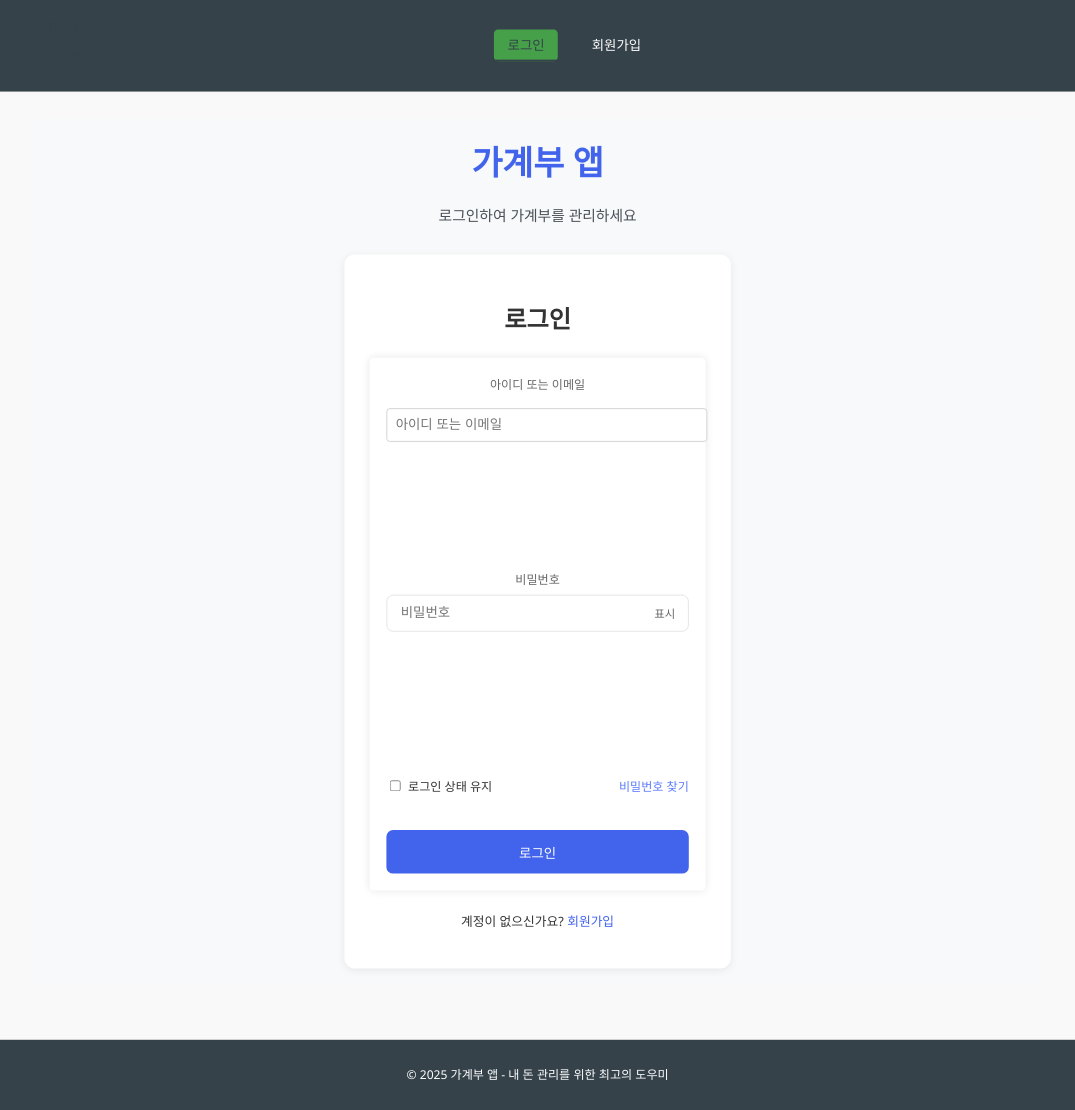
Repository: dldnwls07/Register_Login_Form
Page: /
The author's editor kept a copy of each file at every save. The page is drawn from the files as they stood at one save, then again after the next save.
The browser window is 1280 px wide. The pictures show the whole page, at 84% of full size.
The project was rebuilt for these pictures with package versions that can differ from the ones it lists, and the page was loaded fresh each time. Also part of the build but not shown: src/components/Summary.jsx, src/styles/pages/MainPage.css, src/pages/MainPage.jsx, src/utils/categoryData.js, src/components/CategorySelector.jsx, src/components/EntryForm.jsx, src/components/EntryTable.jsx, src/components/SearchBar.jsx and 14 more.

Above is the page before, as saved 2025-05-23 14:07:21.

### public/index.html
<!DOCTYPE html>
<html lang="en">
<head>
    <meta charset="UTF-8">
    <meta name="viewport" content="width=device-width, initial-scale=1.0">
    <title>My Money App</title>
</head>
<body>
    <div id="root"></div>
</body>
</html>

### src/styles/App.css
/* Added CSS variables for theme */
:root {
  --background-light: #f9f9f9;
  --background-dark: #121212;
  --text-light: #333;
  --text-dark: #eee;
  --primary-color: #35424a;
  --accent-color: #45a049;
  --border-radius: 5px;
  --box-shadow: 0 0 10px rgba(0, 0, 0, 0.1);
}

body {
  font-family: 'Segoe UI', Tahoma, Geneva, Verdana, sans-serif;
  background-color: var(--background-light);
  color: var(--text-light);
  margin: 0;
  padding: 0;
}

.dark body {
  background-color: var(--background-dark);
  color: var(--text-dark);
}

.container {
    width: 80%;
    margin: auto;
    overflow: hidden;
}

header {
    background: #35424a;
    color: #ffffff;
    padding: 10px 0;
    text-align: center;
}

h1 {
    margin: 0;
}

form {
    background: #ffffff;
    padding: 20px;
    border-radius: 5px;
    box-shadow: 0 0 10px rgba(0, 0, 0, 0.1);
}

input[type="text"],
input[type="number"] {
    width: 100%;
    padding: 10px;
    margin: 10px 0;
    border: 1px solid #ccc;
    border-radius: 4px;
}

button {
    background: #35424a;
    color: #ffffff;
    border: none;
    padding: 10px 15px;
    border-radius: 5px;
    cursor: pointer;
}

button:hover {
    background: #45a049;
}

.table {
    width: 100%;
    margin-top: 20px;
    border-collapse: collapse;
}

.table th,
.table td {
    border: 1px solid #ddd;
    padding: 8px;
}

.table th {
    background-color: #35424a;
    color: white;
}

.summary {
    background: #ffffff;
    padding: 20px;
    border-radius: 5px;
    box-shadow: 0 0 10px rgba(0, 0, 0, 0.1);
    margin-top: 20px;
}

.pie-chart {
    margin-top: 20px;
}

/* Added media query for responsiveness */
@media (max-width: 768px) {
  .entry-form {
    flex-direction: column;
  }
}

/* 앱 레이아웃 스타일 */
.App {
  display: flex;
  flex-direction: column;
  min-height: 100vh;
}

.App-header {
  background-color: var(--primary-color);
  color: white;
  padding: 1rem 0;
  text-align: center;
}

.App-content {
  flex: 1;
  padding: 2rem;
  max-width: 1200px;
  margin: 0 auto;
  width: 100%;
}

.App-footer {
  background-color: var(--primary-color);
  color: white;
  text-align: center;
  padding: 1rem 0;
  margin-top: 2rem;
}

/* 네비게이션 스타일 */
.main-navigation {
  background-color: var(--primary-color);
  padding: 0.5rem 0;
}

.nav-links {
  display: flex;
  justify-content: center;
  gap: 1.5rem;
  padding: 0;
  margin: 0;
}

.nav-links a {
  color: white;
  text-decoration: none;
  padding: 0.5rem 1rem;
  border-radius: var(--border-radius);
  transition: background-color 0.3s;
}

.nav-links a:hover, .nav-links a.active {
  background-color: var(--accent-color);
}

/* 카드 스타일 */
.navigation-links {
  display: grid;
  grid-template-columns: repeat(auto-fit, minmax(300px, 1fr));
  gap: 2rem;
  margin-top: 2rem;
}

.nav-card {
  background-color: white;
  padding: 1.5rem;
  border-radius: var(--border-radius);
  box-shadow: var(--box-shadow);
  transition: transform 0.3s, box-shadow 0.3s;
}

.nav-card:hover {
  transform: translateY(-5px);
  box-shadow: 0 10px 20px rgba(0, 0, 0, 0.15);
}

.nav-link {
  text-decoration: none;
  color: var(--text-light);
}

/* 페이지 스타일 */
.main-page, .spending-page, .goal-page, .analysis-page {
  padding: 1rem 0;
}

.back-link {
  margin-bottom: 2rem;
}

.back-link a {
  color: var(--primary-color);
  text-decoration: none;
  display: flex;
  align-items: center;
  gap: 0.5rem;
}

.back-link a:hover {
  text-decoration: underline;
}

/* 콘텐츠 레이아웃 */
.spending-content, .goal-content, .analysis-content {
  display: grid;
  grid-template-columns: 1fr;
  gap: 2rem;
}

@media (min-width: 768px) {
  .spending-content, .goal-content, .analysis-content {
    grid-template-columns: repeat(2, 1fr);
  }
}

### src/pages/auth/LoginPage.jsx
import React from 'react';
import { useNavigate } from 'react-router-dom';
import LoginForm from '../../components/LoginForm';
import { useAuth } from '../../hooks/useAuth';
import '../../styles/pages/AuthPage.css';

const LoginPage = () => {
  const navigate = useNavigate();
  const { login } = useAuth();

  const handleLoginSuccess = (user) => {
    navigate('/');
  };

  return (
    <div className="auth-page">
      <div className="auth-container">
        <h1>가계부 앱</h1>
        <p className="auth-description">로그인하여 가계부를 관리하세요</p>
        <LoginForm onLoginSuccess={handleLoginSuccess} />
      </div>
    </div>
  );
};

export default LoginPage;

### src/components/Navigation.jsx
import React from 'react';
import { Link, useLocation } from 'react-router-dom';
import { useAuth } from '../hooks/useAuth';

const Navigation = () => {
  const location = useLocation();
  const { user } = useAuth();

  return (
    <nav className="main-navigation">
      <ul className="nav-links">
        {user ? (
          // 로그인된 사용자용 메뉴
          <>
            <li>
              <Link to="/" className={location.pathname === '/' ? 'active' : ''}>
                대시보드
              </Link>
            </li>
            <li>
              <Link to="/spending" className={location.pathname === '/spending' ? 'active' : ''}>
                지출 관리
              </Link>
            </li>
            <li>
              <Link to="/goal" className={location.pathname === '/goal' ? 'active' : ''}>
                목표 설정
              </Link>
            </li>
            <li>
              <Link to="/analysis" className={location.pathname === '/analysis' ? 'active' : ''}>
                지출 분석
              </Link>
            </li>
            <li>
              <Link to="/profile" className={location.pathname === '/profile' ? 'active' : ''}>
                프로필
              </Link>
            </li>
          </>
        ) : (
          // 로그인되지 않은 사용자용 메뉴
          <>
            <li>
              <Link to="/login" className={location.pathname === '/login' ? 'active' : ''}>
                로그인
              </Link>
            </li>
            <li>
              <Link to="/register" className={location.pathname === '/register' ? 'active' : ''}>
                회원가입
              </Link>
            </li>
          </>
        )}
      </ul>
    </nav>
  );
};

export default Navigation;

### src/components/PrivateRoute.jsx
import React from 'react';
import { Navigate } from 'react-router-dom';
import { useAuth } from '../hooks/useAuth';

const PrivateRoute = ({ children }) => {
  const { user, loading } = useAuth();

  // 로딩 중일 때는 로딩 상태 표시
  if (loading) {
    return (
      <div className="loading-container">
        <div className="loading-spinner"></div>
        <p>로딩 중...</p>
      </div>
    );
  }

  // 사용자가 로그인하지 않았으면 로그인 페이지로 리디렉션
  if (!user) {
    return <Navigate to="/login" replace />;
  }

  // 로그인한 사용자는 원래 의도한 컴포넌트 표시
  return children;
};

export default PrivateRoute;

### src/styles/Common.css
/* 공통 스타일 - 네비게이션, 헤더, 푸터 등 공통 요소 디자인 */

:root {
  --primary-color: #2D7FF9;
  --accent-color: #00D1D1;
  --text-color: #333333;
  --text-light: #666666;
  --background-color: #F5F7FC;
  --card-background: #FFFFFF;
  --border-radius: 16px;
  --box-shadow: 0 2px 10px rgba(0, 0, 0, 0.05);
  --hover-shadow: 0 10px 20px rgba(0, 0, 0, 0.1);
  --transition: 0.2s ease;
}

body {
  font-family: 'Pretendard', -apple-system, BlinkMacSystemFont, system-ui, Roboto, 'Helvetica Neue', 'Segoe UI', sans-serif;
  background-color: var(--background-color);
  color: var(--text-color);
  margin: 0;
  padding: 0;
  line-height: 1.6;
}

/* 앱 레이아웃 */
.App {
  display: flex;
  flex-direction: column;
  min-height: 100vh;
}

/* 헤더 스타일 */
.App-header {
  background-color: var(--card-background);
  box-shadow: 0 1px 5px rgba(0, 0, 0, 0.03);
  padding: 1.25rem 0;
  position: sticky;
  top: 0;
  z-index: 100;
}

.header-container {
  display: flex;
  flex-direction: column;
  align-items: center;
  max-width: 1200px;
  margin: 0 auto;
  padding: 0 1.5rem;
}

@media (min-width: 768px) {
  .header-container {
    flex-direction: row;
    justify-content: space-between;
  }
}

.App-header h1 {
  font-size: 1.5rem;
  font-weight: 700;
  color: var(--primary-color);
  margin: 0;
}

/* 메인 컨텐츠 스타일 */
.App-content {
  flex: 1;
  max-width: 1200px;
  margin: 0 auto;
  width: 100%;
  padding: 2rem 1.5rem;
}

/* 푸터 스타일 */
.App-footer {
  background-color: var(--card-background);
  padding: 1.5rem 0;
  margin-top: 3rem;
  text-align: center;
  font-size: 0.9rem;
  color: var(--text-light);
  border-top: 1px solid #eaeaea;
}

/* 네비게이션 스타일 */
.main-navigation {
  width: 100%;
  display: flex;
  justify-content: center;
  margin-top: 1rem;
}

@media (min-width: 768px) {
  .main-navigation {
    margin-top: 0;
  }
}

.nav-links {
  display: flex;
  gap: 1.5rem;
  padding: 0;
  margin: 0;
  list-style: none;
}

.nav-links a {
  color: var(--text-light);
  text-decoration: none;
  font-size: 1rem;
  font-weight: 500;
  padding: 0.5rem;
  transition: color var(--transition);
  position: relative;
}

.nav-links a:before {
  content: '';
  position: absolute;
  bottom: 0;
  left: 0;
  width: 0;
  height: 2px;
  background-color: var(--primary-color);
  transition: width var(--transition);
}

.nav-links a:hover, .nav-links a.active {
  color: var(--primary-color);
}

.nav-links a:hover:before, .nav-links a.active:before {
  width: 100%;
}

### src/styles/pages/AuthPage.css
/* 인증 페이지 스타일 */
.auth-page {
  display: flex;
  justify-content: center;
  align-items: center;
  min-height: 100vh;
  background-color: #f8f9fa;
}

.auth-container {
  width: 100%;
  max-width: 500px;
  padding: 20px;
  text-align: center;
}

.auth-page h1 {
  font-size: 2.5rem;
  margin-bottom: 0.5rem;
  color: #4263eb;
  font-weight: 700;
}

.auth-description {
  font-size: 1.1rem;
  color: #495057;
  margin-bottom: 2rem;
}

/* 반응형 조정 */
@media (max-width: 576px) {
  .auth-container {
    padding: 15px;
  }

  .auth-page h1 {
    font-size: 2rem;
  }

  .auth-description {
    font-size: 1rem;
  }
}

### src/styles/components/GoalSetter.css
/* GoalSetter 컴포넌트 스타일 */
.goal-setter {
  background-color: #fff;
  border-radius: 12px;
  padding: 24px;
  box-shadow: 0 2px 8px rgba(0, 0, 0, 0.08);
  margin-bottom: 24px;
}

.goal-setter h2 {
  font-size: 1.5rem;
  margin-bottom: 20px;
  color: #333;
  font-weight: 600;
}

.goal-form {
  margin-bottom: 24px;
  display: flex;
  flex-wrap: wrap;
  gap: 16px;
}

.form-group {
  flex: 1 1 200px;
  margin-bottom: 16px;
}

.form-group label {
  display: block;
  font-size: 0.9rem;
  margin-bottom: 6px;
  color: #666;
  font-weight: 500;
}

.form-group input {
  width: 100%;
  padding: 12px 16px;
  border: 1px solid #e0e0e0;
  border-radius: 8px;
  font-size: 1rem;
  transition: border 0.2s;
}

.form-group input:focus {
  border-color: #4263eb;
  outline: none;
}

.input-with-icon {
  position: relative;
}

.input-with-icon input {
  padding-right: 40px;
}

.currency-symbol {
  position: absolute;
  right: 16px;
  top: 50%;
  transform: translateY(-50%);
  color: #888;
}

.goal-submit-button {
  background-color: #4263eb;
  color: white;
  border: none;
  border-radius: 8px;
  padding: 12px 24px;
  font-size: 1rem;
  font-weight: 500;
  cursor: pointer;
  transition: background 0.2s;
}

.goal-submit-button:hover {
  background-color: #3249b1;
}

.goal-status {
  background-color: #f8f9fa;
  border-radius: 8px;
  padding: 20px;
}

.goal-header {
  display: flex;
  justify-content: space-between;
  align-items: center;
  margin-bottom: 16px;
}

.goal-header h3 {
  font-size: 1.2rem;
  font-weight: 500;
  margin: 0;
}

.achievement-toggle {
  display: flex;
  align-items: center;
  gap: 8px;
}

/* 토글 스위치 스타일 */
.switch {
  position: relative;
  display: inline-block;
  width: 48px;
  height: 24px;
}

.switch input {
  opacity: 0;
  width: 0;
  height: 0;
}

.slider {
  position: absolute;
  cursor: pointer;
  top: 0;
  left: 0;
  right: 0;
  bottom: 0;
  background-color: #ccc;
  transition: .4s;
}

.slider:before {
  position: absolute;
  content: "";
  height: 18px;
  width: 18px;
  left: 3px;
  bottom: 3px;
  background-color: white;
  transition: .4s;
}

input:checked + .slider {
  background-color: #4263eb;
}

input:focus + .slider {
  box-shadow: 0 0 1px #4263eb;
}

input:checked + .slider:before {
  transform: translateX(24px);
}

/* 둥근 슬라이더 */
.slider.round {
  border-radius: 34px;
}

.slider.round:before {
  border-radius: 50%;
}

/* 진행바 스타일 */
.progress-bar-container {
  height: 10px;
  background-color: #e9ecef;
  border-radius: 5px;
  overflow: hidden;
  margin-bottom: 8px;
}

.progress-bar {
  height: 100%;
  background-color: #4263eb;
  border-radius: 5px;
  transition: width 0.5s ease-in-out;
}

.progress-bar.exceeded {
  background-color: #e03131;
}

.progress-details {
  display: flex;
  justify-content: space-between;
  align-items: center;
  margin-bottom: 16px;
}

.progress-percentage {
  font-weight: 600;
  color: #333;
  margin: 0;
}

.progress-numbers {
  display: flex;
  justify-content: space-between;
  width: 100%;
  color: #666;
  font-size: 0.9rem;
  margin: 8px 0 0;
}

.goal-status-message {
  padding: 12px;
  border-radius: 6px;
  margin-top: 16px;
}

.goal-status-message.remaining {
  background-color: #e6f4ea;
}

.goal-status-message.exceeded {
  background-color: #fde7e9;
}

.goal-status-message .alert {
  color: #c92a2a;
  display: flex;
  align-items: center;
  gap: 8px;
}

.goal-status-message .success {
  color: #2b8a3e;
  display: flex;
  align-items: center;
  gap: 8px;
}

.goal-status-message .icon {
  font-size: 1.2rem;
}

.no-goal-message {
  text-align: center;
  padding: 24px;
  background-color: #f8f9fa;
  border-radius: 8px;
  color: #666;
}

.no-goal-message p:first-child {
  font-size: 1.1rem;
  font-weight: 500;
  margin-bottom: 8px;
}

@media (max-width: 768px) {
  .goal-form {
    flex-direction: column;
    gap: 12px;
  }

  .goal-header {
    flex-direction: column;
    align-items: flex-start;
    gap: 12px;
  }

  .achievement-toggle {
    width: 100%;
    justify-content: flex-start;
  }
}

### src/styles/components/AuthForm.css
/* 인증 폼 스타일 (로그인/회원가입) */

.auth-form-container {
  max-width: 400px;
  margin: 0 auto;
  padding: 30px;
  background-color: #fff;
  border-radius: 12px;
  box-shadow: 0 2px 10px rgba(0, 0, 0, 0.08);
}

.auth-title {
  font-size: 1.8rem;
  margin-bottom: 24px;
  color: #333;
  font-weight: 600;
  text-align: center;
}

.auth-form {
  display: flex;
  flex-direction: column;
  gap: 16px;
}

.form-group {
  display: flex;
  flex-direction: column;
}

.form-group label {
  font-size: 0.9rem;
  margin-bottom: 6px;
  color: #666;
  font-weight: 500;
}

.form-group input {
  padding: 12px 16px;
  border: 1px solid #e0e0e0;
  border-radius: 8px;
  font-size: 1rem;
  transition: border 0.2s;
}

.form-group input:focus {
  border-color: #4263eb;
  outline: none;
  box-shadow: 0 0 0 2px rgba(66, 99, 235, 0.1);
}

.form-group input[disabled] {
  background-color: #f8f9fa;
  cursor: not-allowed;
}

.input-error {
  color: #e03131;
  font-size: 0.85rem;
  margin-top: 6px;
}

.auth-button {
  background-color: #4263eb;
  color: white;
  border: none;
  border-radius: 8px;
  padding: 14px;
  font-size: 1rem;
  font-weight: 500;
  cursor: pointer;
  margin-top: 8px;
  transition: background 0.2s;
}

.auth-button:hover {
  background-color: #3249b1;
}

.auth-button:disabled {
  background-color: #adb5bd;
  cursor: not-allowed;
}

.auth-button.loading {
  position: relative;
  opacity: 0.8;
}

.auth-button.loading::after {
  content: '';
  position: absolute;
  width: 20px;
  height: 20px;
  top: 50%;
  left: 50%;
  margin-left: -10px;
  margin-top: -10px;
  border: 3px solid rgba(255, 255, 255, 0.3);
  border-radius: 50%;
  border-top-color: #fff;
  animation: spin 1s ease-in-out infinite;
}

@keyframes spin {
  to { transform: rotate(360deg); }
}

.auth-links {
  margin-top: 24px;
  text-align: center;
  font-size: 0.95rem;
}

.auth-links a {
  color: #4263eb;
  text-decoration: none;
  font-weight: 500;
}

.auth-links a:hover {
  text-decoration: underline;
}

.auth-error-message,
.auth-success-message {
  padding: 12px;
  margin-bottom: 20px;
  border-radius: 8px;
  font-size: 0.95rem;
}

.auth-error-message {
  background-color: #fff5f5;
  color: #e03131;
  border-left: 4px solid #e03131;
}

.auth-success-message {
  background-color: #f4fce3;
  color: #2b8a3e;
  border-left: 4px solid #2b8a3e;
}

/* 비밀번호 강도 표시 스타일 */
.password-strength {
  margin-top: 5px;
  margin-bottom: 10px;
}

.strength-meter {
  height: 4px;
  background-color: #e0e0e0;
  border-radius: 2px;
  margin-bottom: 5px;
  position: relative;
  overflow: hidden;
}

.strength-bar {
  height: 100%;
  border-radius: 2px;
  transition: width 0.3s ease;
}

.strength-bar.strength-매우\ 약함 {
  background-color: #ff4d4d;
}

.strength-bar.strength-약함 {
  background-color: #ffa64d;
}

.strength-bar.strength-중간 {
  background-color: #ffdd4d;
}

.strength-bar.strength-강함 {
  background-color: #4cd964;
}

.strength-text {
  font-size: 12px;
  display: block;
}

.strength-text.strength-매우\ 약함 {
  color: #ff4d4d;
}

.strength-text.strength-약함 {
  color: #ffa64d;
}

.strength-text.strength-중간 {
  color: #8a8a8a;
}

.strength-text.strength-강함 {
  color: #4cd964;
}

/* 새로 추가된 스타일 */
.email-group {
  display: flex;
  align-items: center;
  gap: 5px;
}

.email-prefix {
  flex: 1;
}

.email-at {
  margin: 0 5px;
  color: #666;
}

.email-domain {
  width: 130px;
}

.custom-domain {
  margin-top: 10px;
}

.custom-domain input {
  width: 100%;
}

.password-input-container {
  position: relative;
  display: flex;
  align-items: center;
}

.password-input-container input {
  width: 100%;
}

.toggle-password-btn {
  position: absolute;
  right: 10px;
  top: 50%;
  transform: translateY(-50%);
  background: none;
  border: none;
  color: #666;
  font-size: 0.85rem;
  cursor: pointer;
  padding: 3px 6px;
  border-radius: 3px;
}

.toggle-password-btn:hover {
  background-color: #f1f3f5;
}

.input-error-field {
  border-color: #e03131 !important;
}

.password-policy {
  font-size: 0.85rem;
  color: #666;
  margin-top: 8px;
  padding: 10px;
  background-color: #f8f9fa;
  border-radius: 6px;
}

.password-policy p {
  margin-top: 0;
  margin-bottom: 5px;
  font-weight: 500;
}

.password-policy ul {
  margin: 0;
  padding-left: 20px;
}

.password-policy li {
  margin-bottom: 3px;
}

.password-policy li.met {
  color: #2b8a3e;
}

.password-policy li.not-met {
  color: #e03131;
}

.form-options {
  display: flex;
  justify-content: space-between;
  align-items: center;
  margin: 15px 0;
  font-size: 0.9rem;
}

.remember-me {
  display: flex;
  align-items: center;
}

.remember-me input[type="checkbox"] {
  margin-right: 5px;
}

.forgot-password-link {
  color: #5c7cfa;
  text-decoration: none;
}

.forgot-password-link:hover {
  text-decoration: underline;
}

.auth-warning-message {
  margin-top: 12px;
  padding: 8px;
  border-radius: 6px;
  background-color: #fff9db;
  color: #f08c00;
  font-size: 0.85rem;
  border-left: 3px solid #f08c00;
}

/* 반응형 */
@media (max-width: 480px) {
  .auth-form-container {
    padding: 20px;
    border-radius: 8px;
  }

  .auth-title {
    font-size: 1.5rem;
    margin-bottom: 20px;
  }
}

Loaded but not shown: src/utils/authService.js (592 lines, source omitted); src/utils/authUtils.js (248 lines, source omitted); src/utils/browserDBService2.js (196 lines, source omitted); src/utils/cryptoUtils.js (175 lines, source omitted); src/utils/browserDBService.js (137 lines, source omitted); src/utils/browserDBService3.js (78 lines, source omitted); src/utils/storageKeys.js (68 lines, source omitted); src/utils/localStorageUtil.js (43 lines, source omitted); src/utils/dbServiceWrapper.js (25 lines, source omitted); src/index.js (12 lines, source omitted); src/hooks/useAuth.js (14 lines, source omitted); src/App.jsx (208 lines, source omitted); src/styles/pages/ProfilePage.css (373 lines, source omitted); src/components/LoginForm.jsx (201 lines, source omitted); src/context/AuthContext.jsx (170 lines, source omitted)

After the next save:
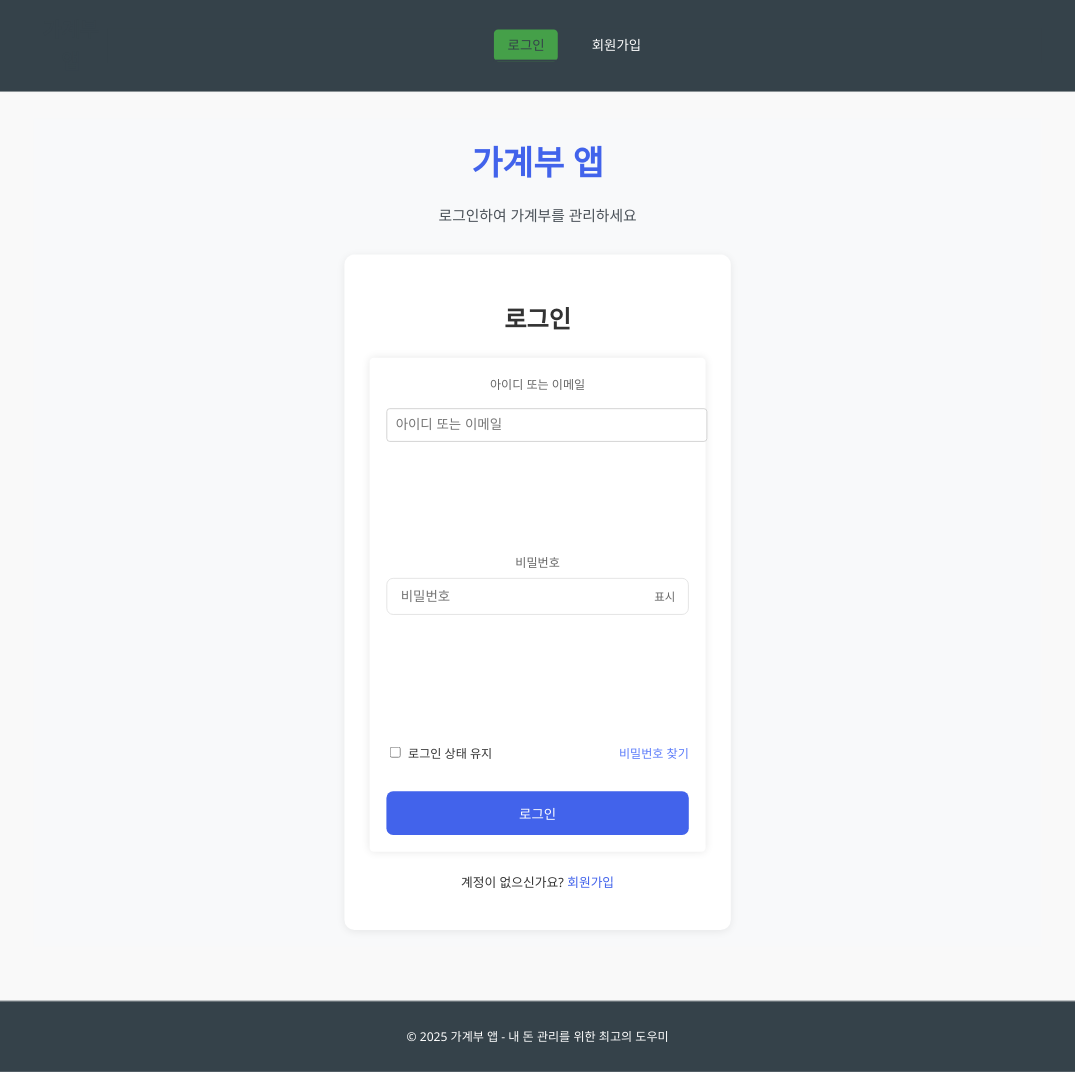
Saved 4 s later.
--- a/src/styles/components/AuthForm.css
+++ b/src/styles/components/AuthForm.css
@@ -20,12 +20,13 @@
 .auth-form {
   display: flex;
   flex-direction: column;
-  gap: 16px;
+  gap: 10px;
 }
 
 .form-group {
   display: flex;
   flex-direction: column;
+  margin-bottom: 2px;
 }
 
 .form-group label {
